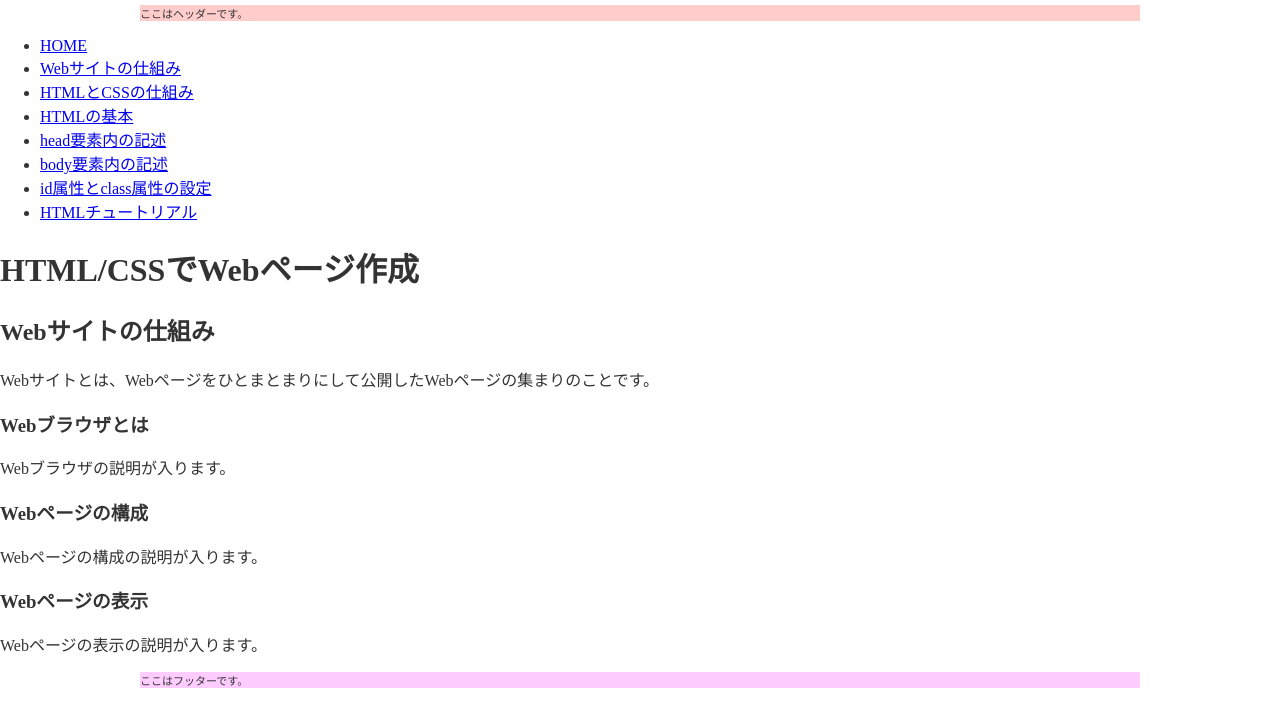
Repository: sugihiro1/test_laravel
Page: kadai_css/kadai_css.html
The author's editor kept a record of every edit. The page is drawn from the files as they stood at one moment, then again after the next edit.
The browser window is 1280 px wide. The pictures show the whole page.

Above is the page before.

After the next edit:
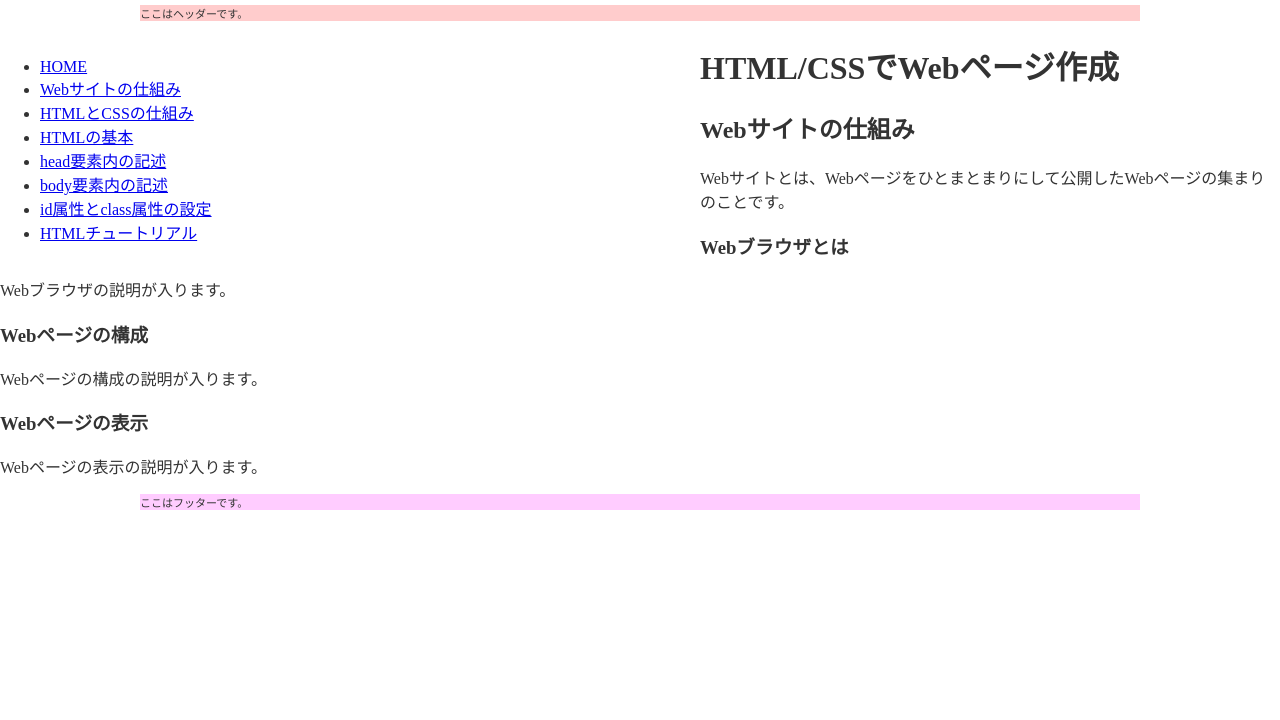
The edit:
--- a/kadai_css/kadai_css.css
+++ b/kadai_css/kadai_css.css
@@ -31,3 +31,9 @@
     margin: 5px 0 10px;  /* マージン：上 | 左右 | 下 | */
     background-color: #ffccff;
     font-size: 11px;
+}
+
+#menu {
+    width: 700px;
+    float: left;  /* 左寄せ */
+}
